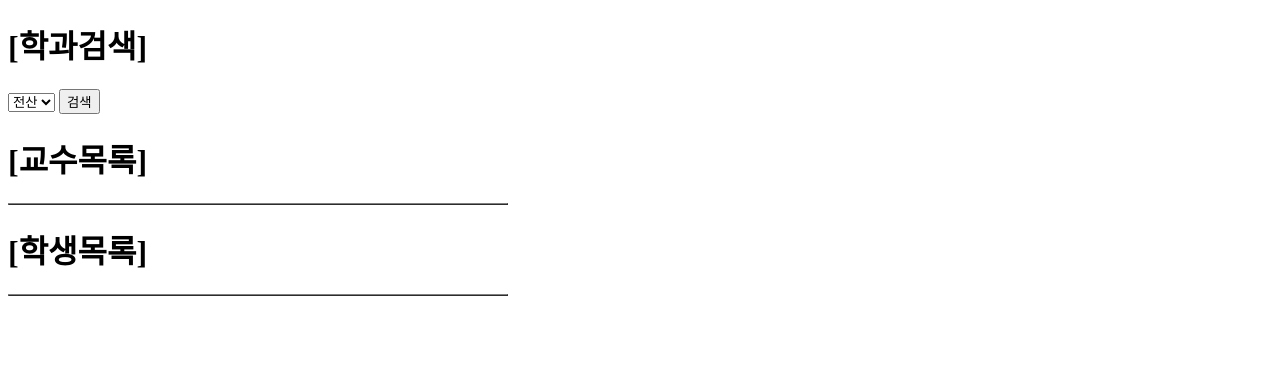
Repository: kmg8138/html
Page: 2020.04.08/ex0507/WebContent/list.html
These files come from the project's save history. The page is drawn as it stood at one moment and after the next save; the edit follows.
The browser window is 1280 px wide. The pictures show the whole page.
Some web libraries are served in a nearby version.

Above is the page before, as saved 2020-05-07 06:06:01.

After the next save:
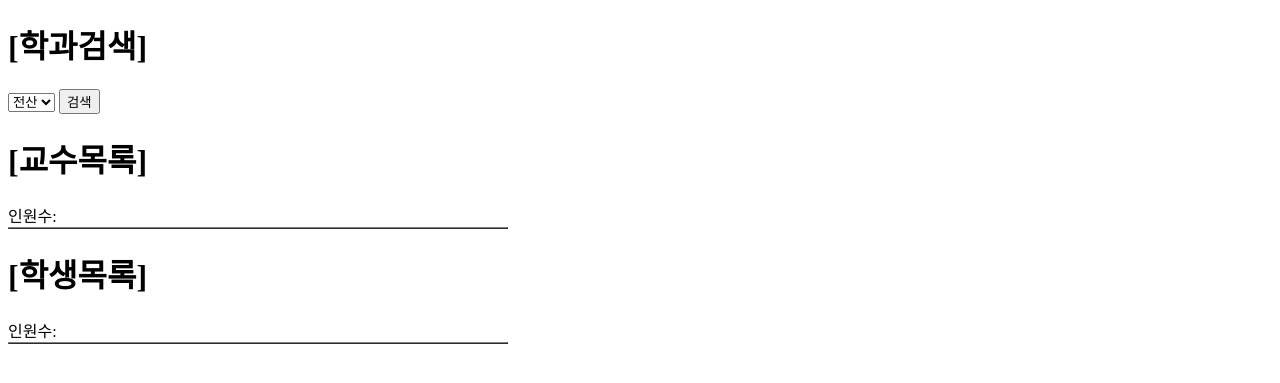
Saved 14 min 2 s later.
--- a/2020.04.08/ex0507/WebContent/list.html
+++ b/2020.04.08/ex0507/WebContent/list.html
@@ -16,6 +16,9 @@
 	<input type="button" value="검색" id="btnSearch">
 	<div>
 		<h1>[교수목록]</h1>
+		<div>
+		<span id="pcnt">인원수:</span>
+		</div>
 		<table id="tbl" border=1 width=500></table>
 		<script id="temp" type="text/x-handlebars-template">
 			{{#each pArray}}
@@ -30,6 +33,9 @@
 	</div>
 	<div>
 		<h1>[학생목록]</h1>
+		<div>
+		<span id="scnt">인원수:</span>
+		</div>
 		<table id="tbl1" border=1 width=500></table>
 		<script id="temp1" type="text/x-handlebars-template">
 			{{#each sArray}}
@@ -57,6 +63,9 @@
 
 				var temp=Handlebars.compile($("#temp1").html());
 				$("#tbl1").html(temp(data));
+
+				$("#pcnt").html(data.pcnt);
+				$("#scnt").html(data.scnt);
 			}
 		});
 	});
